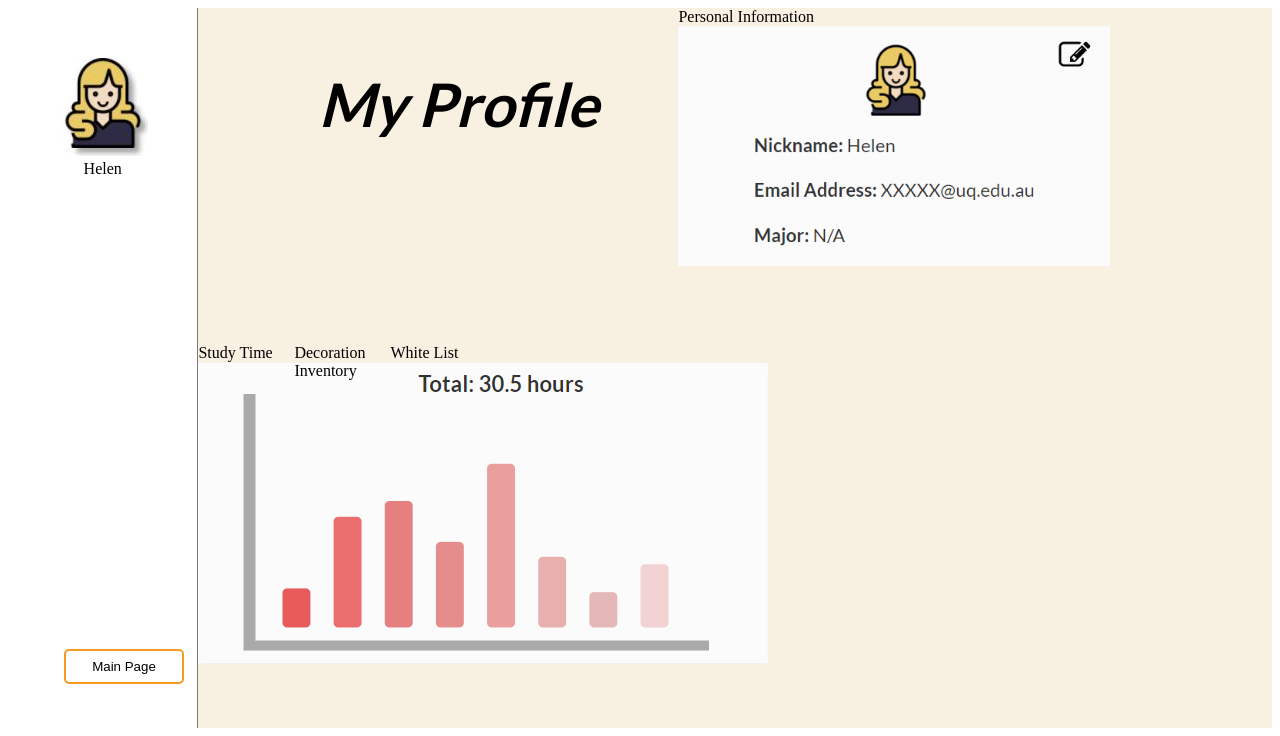
Repository: Team-Extrememe/Online-Study-Room
Page: profile.html
These files come from the project's save history. The page is drawn as it stood at one moment and after the next save; the edit follows.
The browser window is 1280 px wide. The pictures show the whole page.

Above is the page before, as saved 2021-10-17 15:17:22.

After the next save:
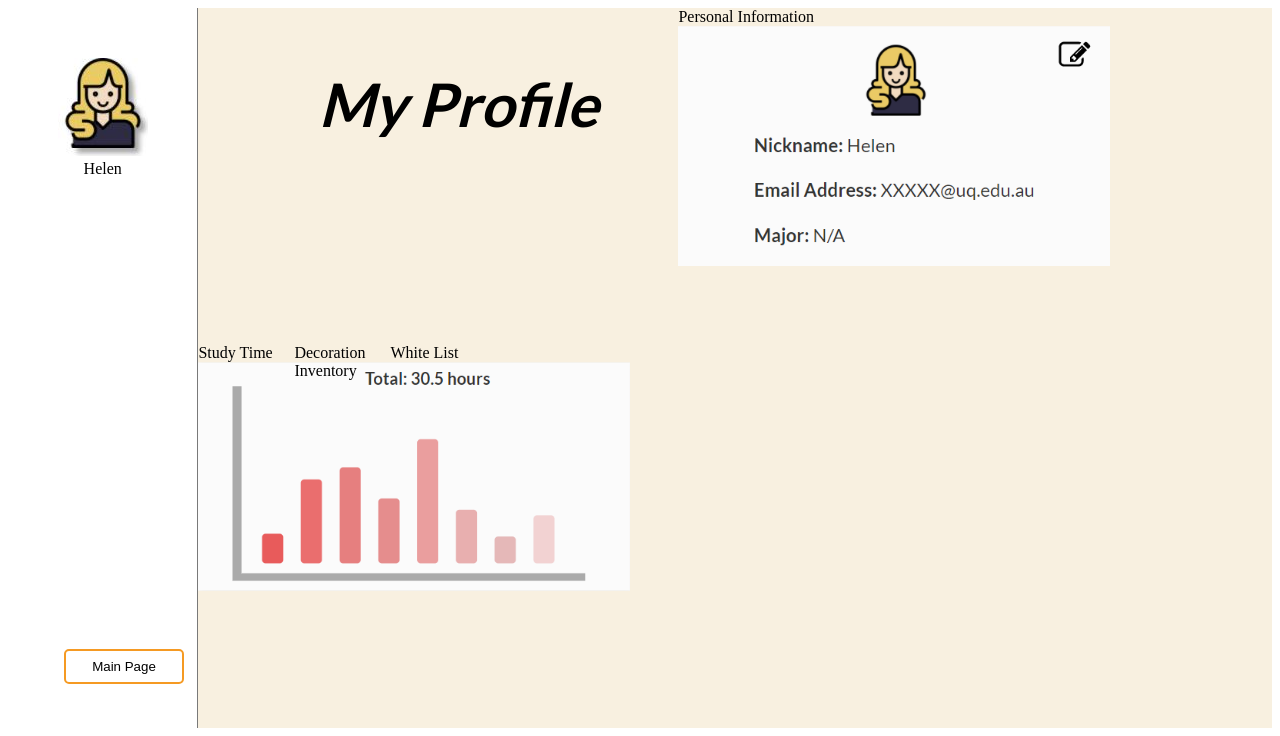
Saved 14 s later.
--- a/css/profile.css
+++ b/css/profile.css
@@ -75,6 +75,10 @@
     width: 6em;
 }
 
+.study_time img{
+    width: 27em;
+}
+
 .decoration_inventory{
     float: left;
     width: 6em;
